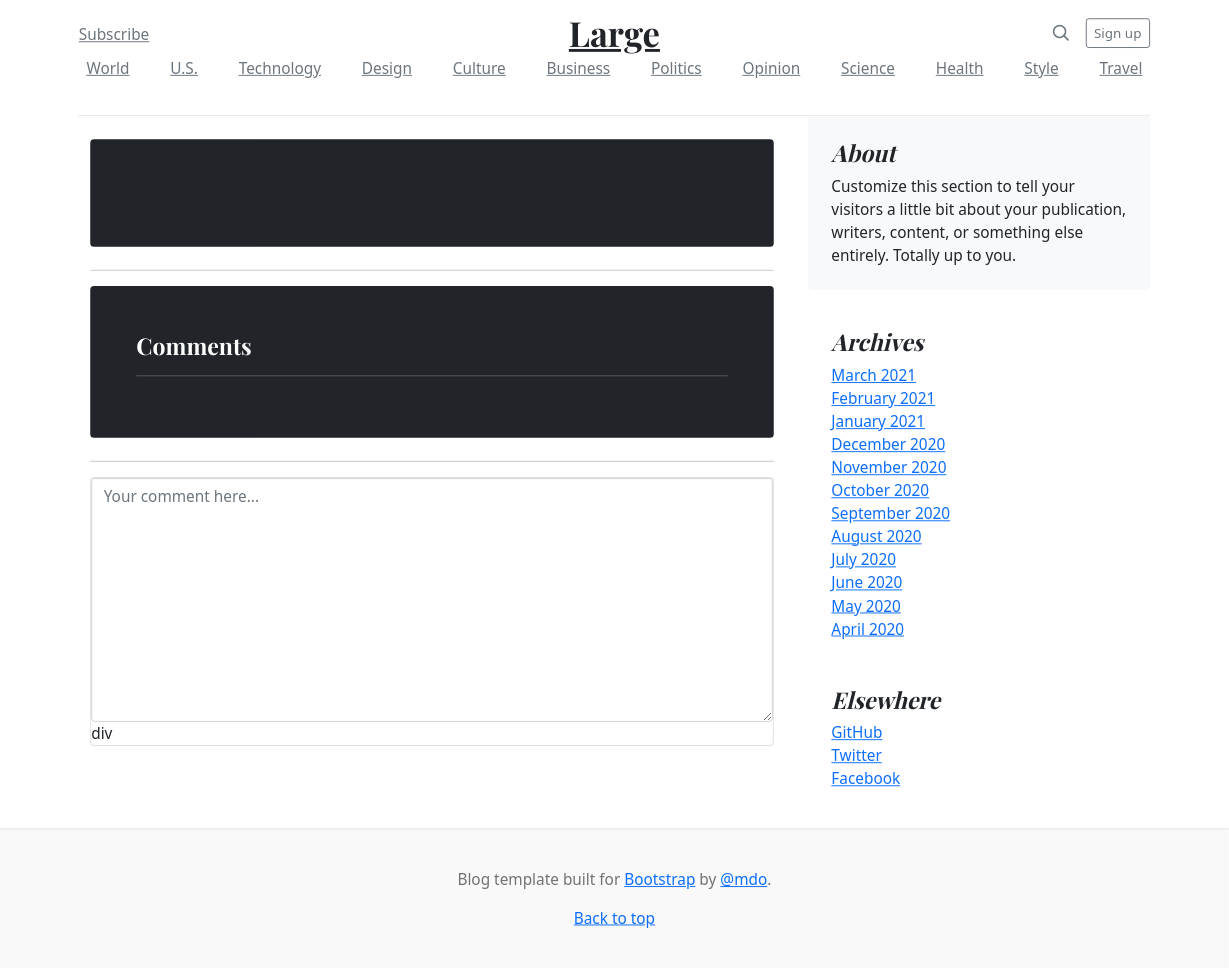
Repository: GarlicButterBoy/WEBD5201
Page: resources/views/posts/show.blade.php
The author's editor kept a copy of each file at every save. The page is drawn from the files as they stood at one save, then again after a run of saves.
The browser window is 1280 px wide. The pictures show the whole page, at 96% of full size.
The page is served by the project's Laravel application, run on PHP 8.4 with Laravel 8. The template is opened directly, without the code that normally fills it, so the values that code supplies are empty.

Above is the page before, as saved 2021-09-21 17:43:34.

After the next 2 saves:
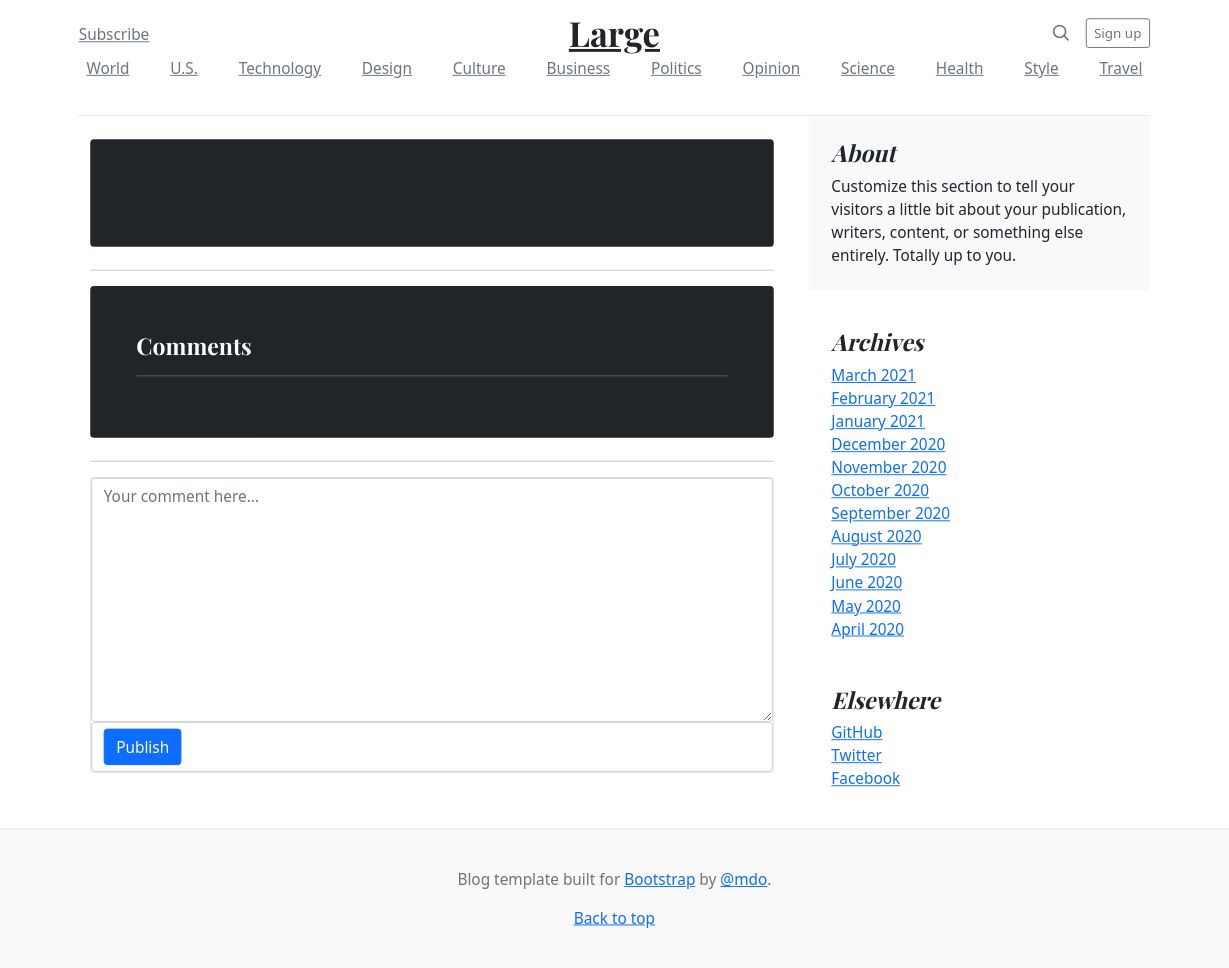
The 2 saves are shown as one change because they came seconds apart.
The last was saved 11 s later.
--- a/resources/views/posts/show.blade.php
+++ b/resources/views/posts/show.blade.php
@@ -33,7 +33,9 @@
         <div class="form-group">
             <textarea class="form-control" name="body" id="body" cols="30" rows="10" placeholder="Your comment here..."></textarea>
         </div>
-        div
+        <div class="form-control">
+            <button type="submit" class="btn btn-primary">Publish</button>
+        </div>
     </form>
         </div>
     </div>
